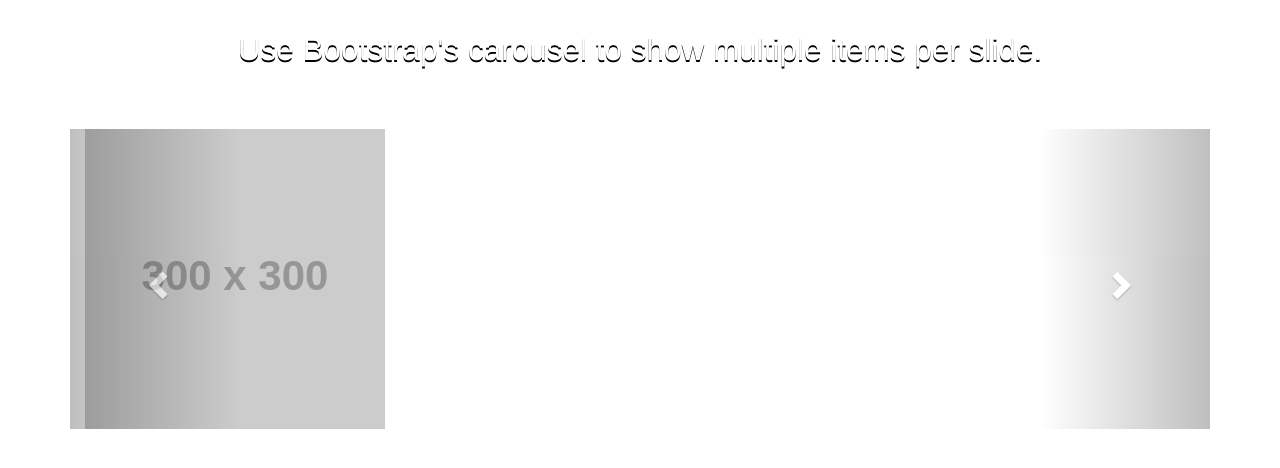
Repository: isranivishal/TsecCodestorm
Page: slider.html
These files come from the project's save history. The page is drawn as it stood at one moment and after the next save; the edit follows.
The browser window is 1280 px wide. The pictures show the whole page.
Some web libraries are served in a nearby version.

Above is the page before, as saved 2018-09-21 17:06:43.

After the next save:
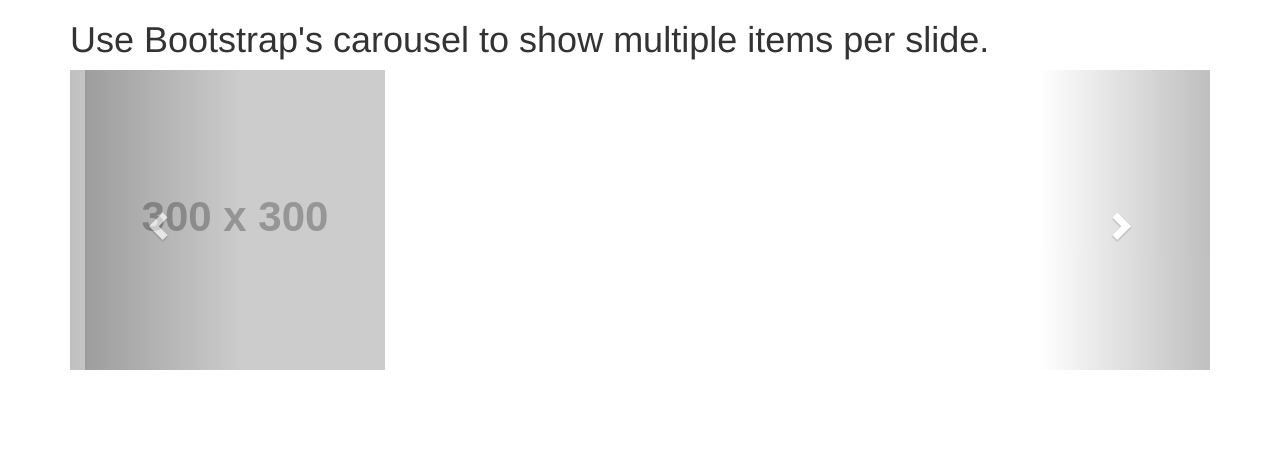
Saved 61 s later.
--- a/slider.html
+++ b/slider.html
@@ -8,56 +8,32 @@
 
 
             <style>
-                .multi-item-carousel{
-  .carousel-inner{
-    > .item{
-      transition: 500ms ease-in-out left;
-    }
-    .active{
-      &.left{
-        left:-33%;
-      }
-      &.right{
-        left:33%;
-      }
-    }
-    .next{
-      left: 33%;
-    }
-    .prev{
-      left: -33%;
-    }
-    @media all and (transform-3d), (-webkit-transform-3d) {
-      > .item{
-        // use your favourite prefixer here
-        transition: 500ms ease-in-out left;
-        transition: 500ms ease-in-out all;
-        backface-visibility: visible;
-        transform: none!important;
-      }
-    }
-  }
-  .carouse-control{
-    &.left, &.right{
-      background-image: none;
-    }
-  }
-}
 
-// non-related styling:
-body{
-  background: #333;
-  color: #ddd;
-}
-h1{
-  color: white;
-  font-size: 2.25em;
-  text-align: center;
-  margin-top: 1em;
-  margin-bottom: 2em;
-  text-shadow: 0px 2px 0px rgba(0, 0, 0, 1);
-}
             </style>
+
+
+            <script>
+                // Instantiate the Bootstrap carousel
+                $('.multi-item-carousel').carousel({
+                interval: false
+                });
+
+                // for every slide in carousel, copy the next slide's item in the slide.
+                // Do the same for the next, next item.
+                $('.multi-item-carousel .item').each(function(){
+                var next = $(this).next();
+                if (!next.length) {
+                    next = $(this).siblings(':first');
+                }
+                next.children(':first-child').clone().appendTo($(this));
+
+                if (next.next().length>0) {
+                    next.next().children(':first-child').clone().appendTo($(this));
+                } else {
+                    $(this).siblings(':first').children(':first-child').clone().appendTo($(this));
+                }
+                });
+            </script>
     </head>
 
     <body>

After the save that followed:
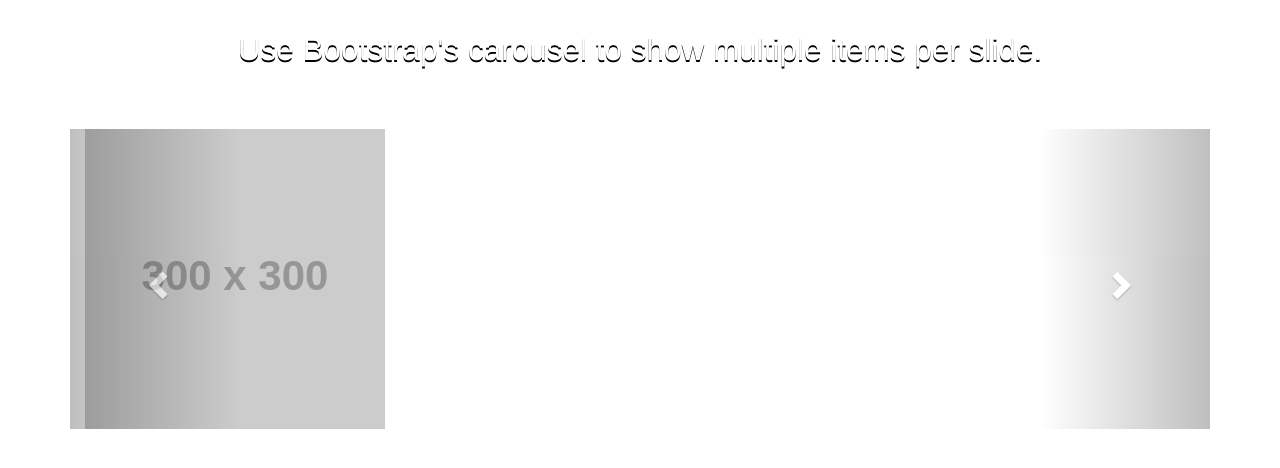
Saved 13 s later.
--- a/slider.html
+++ b/slider.html
@@ -8,7 +8,55 @@
 
 
             <style>
+                .multi-item-carousel{
+  .carousel-inner{
+    > .item{
+      transition: 500ms ease-in-out left;
+    }
+    .active{
+      &.left{
+        left:-33%;
+      }
+      &.right{
+        left:33%;
+      }
+    }
+    .next{
+      left: 33%;
+    }
+    .prev{
+      left: -33%;
+    }
+    @media all and (transform-3d), (-webkit-transform-3d) {
+      > .item{
+        // use your favourite prefixer here
+        transition: 500ms ease-in-out left;
+        transition: 500ms ease-in-out all;
+        backface-visibility: visible;
+        transform: none!important;
+      }
+    }
+  }
+  .carouse-control{
+    &.left, &.right{
+      background-image: none;
+    }
+  }
+}
 
+// non-related styling:
+body{
+  background: #333;
+  color: #ddd;
+}
+h1{
+  color: white;
+  font-size: 2.25em;
+  text-align: center;
+  margin-top: 1em;
+  margin-bottom: 2em;
+  text-shadow: 0px 2px 0px rgba(0, 0, 0, 1);
+}
             </style>
 
 
